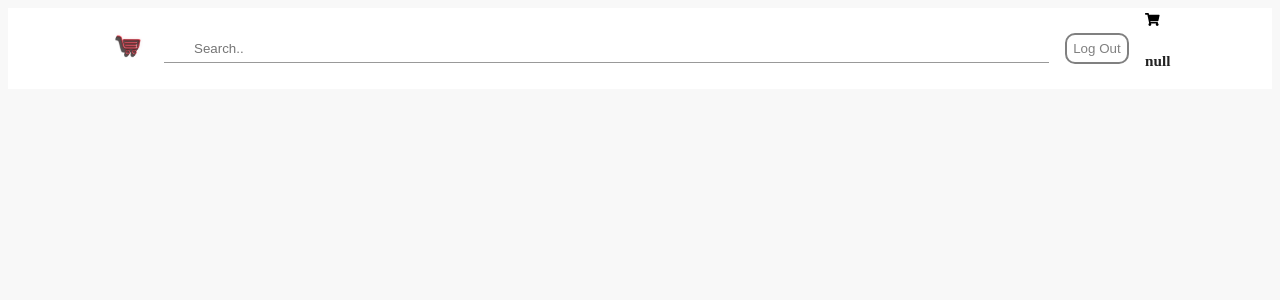
Repository: PhuongHuynh9987/Shopaholic-Ecommerce
Page: http://localhost/Shopaholic/UserServlet
An editor plug-in stored every save of this project. The page is shown before and after the next save, followed by the edit.
The browser window is 1280 px wide. The pictures show the whole page.
The page is served by Tomcat 9. Other server files are loaded and not shown. Queries for data that is not in the repository find no rows.

Above is the page before, as saved 2024-01-24 03:48:03.

### Shopaholic/src/main/webapp/WEB-INF/views/userhomepage.jsp
<%@ page language="java" contentType="text/html; charset=ISO-8859-1"
	pageEncoding="ISO-8859-1"%>
<!DOCTYPE html>
<html>
<%@page import="java.sql.*"%>
<%@ page import="java.util.*"%>
<%@ page import="shopaholicjava.*"%>

<head>
<meta charset="UTF-8">
<!-- Favicon -->
<link rel = "icon" type = "image/x-icon" href = "asset/favicon.ico"/>
<!-- Font Awesome icons (free version) -->
<script src="https://use.fontawesome.com/releases/v5.15.4/js/all.js" crossorigin = "anonymous"></script>
<!--Google fonts  -->
<link href = "https://fonts.googleapis.com/css?family=Montserrat:400,700" rel="stylesheet" type = text/css />
<!-- Core theme CSS (bootstrap) -->
<link href = "style.css" rel="stylesheet"/>
<meta charset="ISO-8859-1">
<title>User Home Page</title>
</head>
<body>
	<div class='body'>
		<div class='navbar'>
			<div class='logo'>
				<img src="images/logo.png" alt="logo">
			</div>
			<div class='searchbar'>
				<input type="text" placeholder="Search..">
			</div>

			<div class='signin'>
				<a href="LogoutServlet"><button>Log Out</button></a>
			</div>

			<div class='cart'>
				<a href="LogoutServlet"><i class="fas fa-shopping-cart"></i></a>
				 <h3><%=session.getAttribute("usename")%></h3>
			</div>

		</div>

		<div class = 'product-area'>
			<%ArrayList<Product> products = (ArrayList<Product>) request.getAttribute("productdata");
			  Iterator<Product> items = products.iterator();

			  while (items.hasNext()){
				  Product item = items.next();
				  System.out.println(item.getImg());
			%>
				<div class='product'>
					<div class = product-top>
						<img alt="" src= <%=item.getImg()%>>
						 <h4><%=item.getProductName()%></h4>
					</div>

					<div class = product-bottom>
						<div>
							<button>Add to Cart</button>
							<button>View</button>
						</div>
						 <h3>$<%=item.getPrice()%></h3>
					</div>
				</div>
			<%}%>
			</div>


		<%-- <div align=center>
			<h1>Welcome, <%=request.getAttribute("UserName")%> to Shopaholic Home Page!</h1>
			<h2>Products Available</h2>
			<table border="1" width="500" align="center">
				<th>Product ID</th>
				<th>Product Name</th>
				<th>ProductType</th>
				<th>Price</th>
				<th>Add</th>

				<%
			ArrayList<Product> products = (ArrayList<Product>) request.getAttribute("productdata");
				for (Product p: products) {
			%>
				<tr>
					<td><%=p.getPID()%></td>
					<td><%=p.getProductName()%></td>
					<td><%=p.getProductType()%></td>
					<td>$<%=p.getPrice()%></td>
					<td><a
						href="AddToCartServlet?pid=<%=p.getPID()%>&productname=<%=p.getProductName()%>&price=<%=p.getPrice()%>">Add</a></td>

				</tr>
				<%
			}%>
			</table>
			<h3>
				<a href="ReviewServlet">Go to Reviews</a>
			</h3>
			<h3>
				<a href="EditCartServlet">Go to Cart</a>
			</h3>
		</div> --%>

	</div>
</body>
</html>

### Shopaholic/src/main/java/servlets/UserServlet.java
package servlets;
import shopaholicjava.*;

import java.io.IOException;
import java.sql.Blob;
import java.sql.Connection;
import java.sql.DriverManager;
import java.sql.PreparedStatement;
import java.sql.ResultSet;
import java.sql.SQLException;
import java.sql.Statement;
import java.util.ArrayList;
import java.util.Base64;

import javax.servlet.RequestDispatcher;
import javax.servlet.ServletException;
import javax.servlet.http.HttpServlet;
import javax.servlet.http.HttpServletRequest;
import javax.servlet.http.HttpServletResponse;
import javax.servlet.http.Part;

/**
 * Servlet implementation class UserServlet
 */
public class UserServlet extends HttpServlet {
	private static final long serialVersionUID = 1L;

    /**
     * @see HttpServlet#HttpServlet()
     */
    public UserServlet() {
        super();
    }

	/**
	 * @see HttpServlet#doPost(HttpServletRequest request, HttpServletResponse response)
	 */
	protected void doGet(HttpServletRequest request, HttpServletResponse response) throws ServletException, IOException {
		viewAllProduct(request, response);
	}

	protected void doPost(HttpServletRequest request, HttpServletResponse response) throws ServletException, IOException {
		String action = request.getParameter("action");


		if(action.equals("addReview")) {
			addReview(request,response);
		}
		else if(action.equals("review")) {
			addingReview(request,response);
		}

		else {
			viewAproduct(request,response);
		}
	}

	private void addingReview(HttpServletRequest request, HttpServletResponse response) throws ServletException, IOException {
		String PID = request.getParameter("PID");
		String description = request.getParameter("description");
		String UserName = (String) request.getAttribute("UserName");
		String ProductName = (String) request.getAttribute("ProductName");

		String query = "Insert Into Reviews "
				+ "(PID,Author,ProductName, ReviewDescription) values (?,?,?,?)";

		try (Connection con = DatabaseConnection.getConnection();
				PreparedStatement insert = con.prepareStatement(query);
				PreparedStatement getReviewId =
						con.prepareStatement("Select RID WHERE (PID = ? AND Author = ? AND ProductName = ? AND ReviewDescription = ?); ");){

				insert.setString(1, PID);
				insert.setString(2, UserName);
				insert.setString(3, ProductName);
				insert.setString(4, description);

				insert.executeUpdate();

				ResultSet rs = null;
				Review review = new Review();

				getReviewId.setString(1, PID);
				getReviewId.setString(2, UserName);
				getReviewId.setString(3, ProductName);
				getReviewId.setString(4, description);

				rs = getReviewId.executeQuery();


				while(rs.next()) {
					String RID = rs.getString("RID");
					rs.setRID(RID);


				}

//				request.setAttribute("RID",PID);
//				request.setAttribute("ProductName",product.getProductName());
//				request.setAttribute("ProductType", product.getProductType());
//				request.setAttribute("price", product.getPrice());
//				request.setAttribute("Img", product.getImg());
//				request.setAttribute("product", product);


				RequestDispatcher rd = request.getRequestDispatcher("/WEB-INF/views/review.jsp");
			    rd.forward(request, response);

		}catch (SQLException e) {
			e.printStackTrace();
		}
	}

	private void addReview(HttpServletRequest request, HttpServletResponse response) throws ServletException, IOException {
		String PID = request.getParameter("PID");

		try (Connection con = DatabaseConnection.getConnection();
			PreparedStatement s = con.prepareStatement("SELECT * FROM Products where PID = ?");){

			s.setString(1, PID);
			ResultSet resultSet = s.executeQuery();
			Product product = new Product();

			while(resultSet.next()) {

				String ProductName = resultSet.getString("ProductName");
				String price = resultSet.getString("Price");
				Float Price = Float.valueOf(price);
				String ProductType = resultSet.getString("ProductType");
				String Img = resultSet.getString("Img");

				product.setPID(PID);
				product.setProductName(ProductName);
				product.setProductType(ProductType);
				product.setPrice(Price);
				product.setImg(Img);

			}

			request.setAttribute("PID",PID);
			request.setAttribute("ProductName",product.getProductName());
			request.setAttribute("ProductType", product.getProductType());
			request.setAttribute("price", product.getPrice());
			request.setAttribute("Img", product.getImg());
			request.setAttribute("product", product);


			RequestDispatcher rd = request.getRequestDispatcher("/WEB-INF/views/review.jsp");
		    rd.forward(request, response);

//		String RID = request.getParameter("RID");
//      	String PID = request.getParameter("PID");
//      	String Author = request.getParameter("Author");
//        String ProductName = request.getParameter("ProductName");
//        String Description = request.getParameter("Description");
//        String Star = request.getParameter("Star");
//
//        try (Connection con = DatabaseConnection.getConnection();) {
//            // Insert the new product into the Products table
//            String insertQuery = "INSERT INTO Reviews (RID, PID, Author, ProductName, ReviewDescription, Stars) VALUES (?, ?, ?, ?, ?, ?)";
//            try (PreparedStatement insertStatement = con.prepareStatement(insertQuery)) {
//            	insertStatement.setString(1, RID);
//                insertStatement.setString(2, PID);
//                insertStatement.setString(3, Author);
//                insertStatement.setString(4, ProductName);
//                insertStatement.setString(5, Description);
//                insertStatement.setString(6, Star);
//                insertStatement.executeUpdate();
//
//                // Get the auto-generated product ID
////                ResultSet generatedKeys = insertStatement.getGeneratedKeys();
////                int productId = -1;
////                if (generatedKeys.next()) {
////                    productId = generatedKeys.getInt(1);
////                }
//            }
//            catch (SQLException e) {
//            	RequestDispatcher dispatcher = request.getRequestDispatcher("/WEB-INF/views/addreviewerror.jsp");
//    			dispatcher.forward(request, response);
//            }
//
//		response.sendRedirect("ReviewServlet");
//        }
//        catch (SQLException e) {
//        	RequestDispatcher dispatcher = request.getRequestDispatcher("/WEB-INF/views/addreviewerror.jsp");
//			dispatcher.forward(request, response);
//        }

		}catch (SQLException e) {
			e.printStackTrace();
		}
	}

	private void viewAproduct(HttpServletRequest request, HttpServletResponse response) throws ServletException, IOException {
		String PID = request.getParameter("action");

		try (Connection con = DatabaseConnection.getConnection();
				PreparedStatement s = con.prepareStatement("SELECT * FROM Products where PID = ?");){

			s.setString(1, PID);
			ResultSet resultSet = s.executeQuery();
			Product product = new Product();

			while(resultSet.next()) {

				String ProductName = resultSet.getString("ProductName");
				String price = resultSet.getString("Price");
				Float Price = Float.valueOf(price);
				String ProductType = resultSet.getString("ProductType");
				String Img = resultSet.getString("Img");

				product.setPID(PID);
				product.setProductName(ProductName);
				product.setProductType(ProductType);
				product.setPrice(Price);
				product.setImg(Img);

			}

			request.setAttribute("PID",PID);
			request.setAttribute("ProductName",product.getProductName());
			request.setAttribute("ProductType", product.getProductType());
			request.setAttribute("price", product.getPrice());
			request.setAttribute("Img", product.getImg());
			request.setAttribute("product", product);


			RequestDispatcher rd = request.getRequestDispatcher("/WEB-INF/views/viewproductinfo.jsp");
		    rd.forward(request, response);

		}
		catch (SQLException e) {
			e.printStackTrace();
		}
	}

	private void viewAllProduct(HttpServletRequest request, HttpServletResponse response) throws ServletException, IOException {
		String UID = (String) request.getSession().getAttribute("UID");
		String UserName = (String) request.getSession().getAttribute("UserName");
		String CID = (String) request.getSession().getAttribute("CID");

		try {
			ArrayList<Product> products = new ArrayList<Product>();
			try (Connection con = DatabaseConnection.getConnection();
					Statement s = con.createStatement();
					ResultSet resultSet = s.executeQuery("SELECT * FROM Products");){

				if(resultSet.equals(null)) {
					System.out.println("resultSet is null");
				}

				while(resultSet.next()) {
					Product product = new Product();
					String PID = resultSet.getString("PID");
					String ProductName = resultSet.getString("ProductName");
					String price = resultSet.getString("Price");
					Float Price = Float.valueOf(price);
					String ProductType = resultSet.getString("ProductType");
					String Img = resultSet.getString("Img");

					product.setPID(PID);
					product.setProductName(ProductName);
					product.setProductType(ProductType);
					product.setPrice(Price);
					product.setImg(Img);
					products.add(product);

				}

				request.setAttribute("UID", UID);
				request.setAttribute("UserName", UserName);
				request.setAttribute("CID", CID);
				request.setAttribute("productdata", products);

				RequestDispatcher rd = request.getRequestDispatcher("/WEB-INF/views/userhomepage.jsp");
				rd.forward(request, response);
			}
		}
		catch (SQLException e) {
			e.printStackTrace();
		}

	}


}

### Shopaholic/src/main/java/shopaholicjava/DatabaseConnection.java
package shopaholicjava;

import java.sql.Connection;
import java.sql.DriverManager;
import java.sql.SQLException;

public class DatabaseConnection {

    private static final String DB_URL = "jdbc:mysql://localhost:3306/shopaholic";
    private static final String DB_USERNAME = "root";
    private static final String DB_PASSWORD = "";

    private static Connection connection;

    /**
     * Establishes a database connection.
     *
     * @return The Connection object representing the database connection.
     * @throws SQLException If a database access error occurs.
     */
    public static Connection getConnection() throws SQLException {
        if (connection == null || connection.isClosed()) {
            try {
                // Load the MySQL JDBC driver
                Class.forName("com.mysql.cj.jdbc.Driver");
                // Create a new connection using the DriverManager
                connection = DriverManager.getConnection(DB_URL, DB_USERNAME, DB_PASSWORD);
            } catch (ClassNotFoundException e) {
                e.printStackTrace();
            }
        }
        return connection;
    }

    /**
     * Closes the database connection.
     *
     * @throws SQLException If a database access error occurs.
     */
    public static void closeConnection() throws SQLException {
        if (connection != null && !connection.isClosed()) {
            connection.close();
        }
    }
}

### Shopaholic/src/main/webapp/style.css
@charset "UTF-8";

/* input, select, textarea {
  outline: none;
  appearance: unset !important;
  -moz-appearance: unset !important;
  -webkit-appearance: unset !important;
  -o-appearance: unset !important;
  -ms-appearance: unset !important; } */


 /* Global */
html {
	box-sizing: border-box;
	margin: 0;
	padding:0;
	width:100%;
}

a{
  color : black;
}


button {
   padding: 0.4rem;
   border: 2px solid grey;
   background: #fff;
   color: grey;
   border-radius: 10px;
  }

figure {
  margin-bottom: 50px;
  text-align: center; }

img {
  max-width: 100%;
  height: auto; }


.main {
  padding: 50px 0;
}

body {
  font-size: 13px;
  line-height: 1.8;
  color: #222;
  background: #f8f8f8;
  font-weight: 400;
  font-family: Poppins;
  }

 input, select, textarea {
  	outline: none;
  }




  /* Nav Bar */
 .navbar {
  display: flex;
  background: #fff;
  gap: 1rem;
  justify-content: center;
  align-items: center;
  width:100%;
 }

 .logo img {
 	width: 2.4rem;
 	margin:0;
 	padding:0;
 }

 .logo {
  overflow: fit-content;
 }

 .searchbar {
  width: 70%;
 }



  /* Body for sign up and log in*/
 .container {
 	width: 900px;
 	background: #fff;
 	margin: 0 auto;
 }

 .signin-content, .signup-content {
  display: flex;
  display: -webkit-flex;
  padding-top: 67px;
  padding-bottom: 87px;
 }

.signin-image, .signup-image {
	width: 50%;
	overflow:hidden;
  	margin-top: 10px;
}

.signin-form {
  margin-right: 15rem;
  }

.signup-form {
   margin-left: 10rem;
 }

 #signin {
  margin-top: 16px;
 }

 .signin-image-link,
 .signup-image-link {
  font-size: 14px;
  color: #222;
  display: block;
  text-align: center;
 }

/* label {
  position: absolute;
  left: 0;
  top: 50%;
  color: #222;
 }  */


 input {
  width: 100%;
  display: block;
  border: none;
  border-bottom: 1px solid #999;
  padding: 6px 30px;
  box-sizing: border-box;
}

.form-button {
  text-align: center; }


.form-submit {
  display: inline-block;
  background: #6dabe4;
  color: #fff;
  border-bottom: none;
  width: auto;
  padding: 5px 39px;
  border-radius: 5px;
  -moz-border-radius: 5px;
  -webkit-border-radius: 5px;
  -o-border-radius: 5px;
  -ms-border-radius: 5px;
  margin-top: 25px;
  cursor: pointer; }

.form-submit:hover {
   background: #4292dc; }



  /* User home page */

  .product-area {
   display: grid;
  	grid-template-columns: 1.5fr 1.5fr 1.5fr;
  	margin:4rem;
  	gap: 2rem;
  }

  .product {
  	box-shadow: 0 0.1px  1px  0.03px grey;
  	padding: 10px;
  	text-align: center;
  }

  .product img {
  	 width: 1.5fr;
  	/* width: 12rem; */
  	height: 10rem;
  	overflow: hidden;
  }

  .product-bottom {
  	display:flex;
  	justify-content: center;
  	align-items: center;
  	justify-content:space-between;

  }

  /* Merchants */
.body {
  display: flex;
  flex-direction: column;
  justify-content: center;
  align-items:center;
  width: auto;
  }

After the next save:
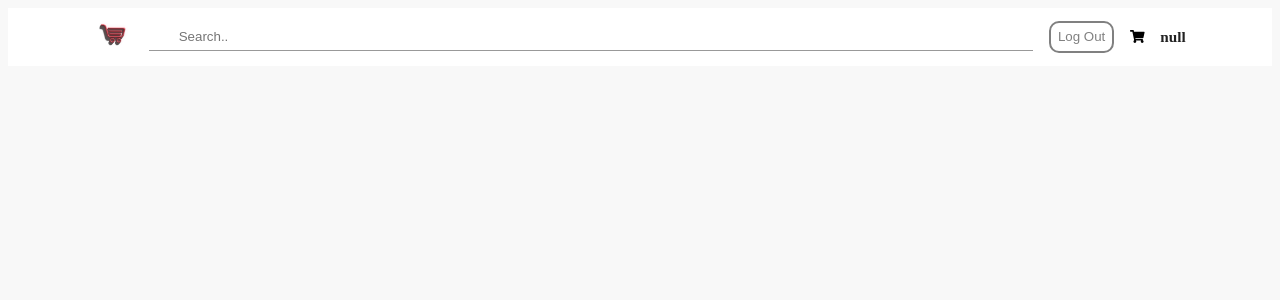
Saved 17 s later.
--- a/Shopaholic/src/main/webapp/WEB-INF/views/userhomepage.jsp
+++ b/Shopaholic/src/main/webapp/WEB-INF/views/userhomepage.jsp
@@ -35,8 +35,9 @@
 
 			<div class='cart'>
 				<a href="LogoutServlet"><i class="fas fa-shopping-cart"></i></a>
-				 <h3><%=session.getAttribute("usename")%></h3>
+
 			</div>
+			<h3><%=session.getAttribute("usename")%></h3>
 
 		</div>
 
